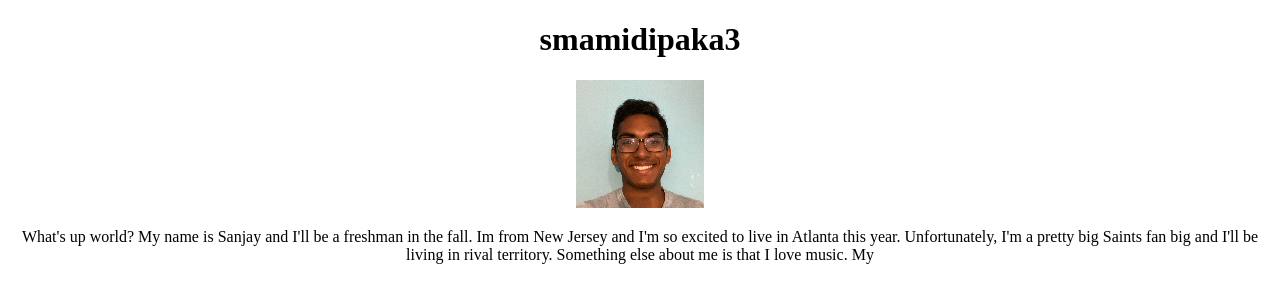
Repository: sanjayMamidipaka/cs1301
Page: lab01/index.html
The author's editor kept a copy of each file at every save. The page is drawn from the files as they stood at one save, then again after the next save.
The browser window is 1280 px wide. The pictures show the whole page.

Above is the page before, as saved 2021-07-22 15:56:00.

After the next save:
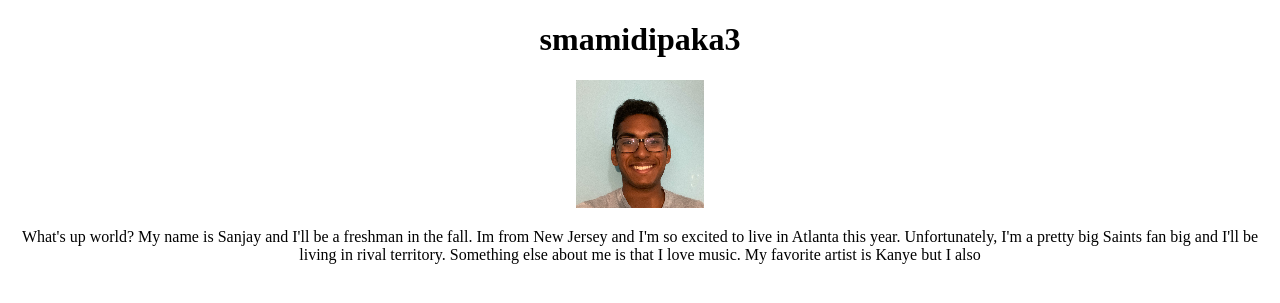
Saved 10 s later.
--- a/lab01/index.html
+++ b/lab01/index.html
@@ -10,6 +10,7 @@
     <img src="image.png" alt="My Picture">
     <p>
         What's up world? My name is Sanjay and I'll be a freshman in the fall. Im from New Jersey and I'm so excited to live in Atlanta this year.
-        Unfortunately, I'm a pretty big Saints fan big and I'll be living in rival territory. Something else about me is that I love music. My
+        Unfortunately, I'm a pretty big Saints fan big and I'll be living in rival territory. Something else about me is that I love music. My favorite artist is Kanye but
+        I also
     </p>
   </div>
